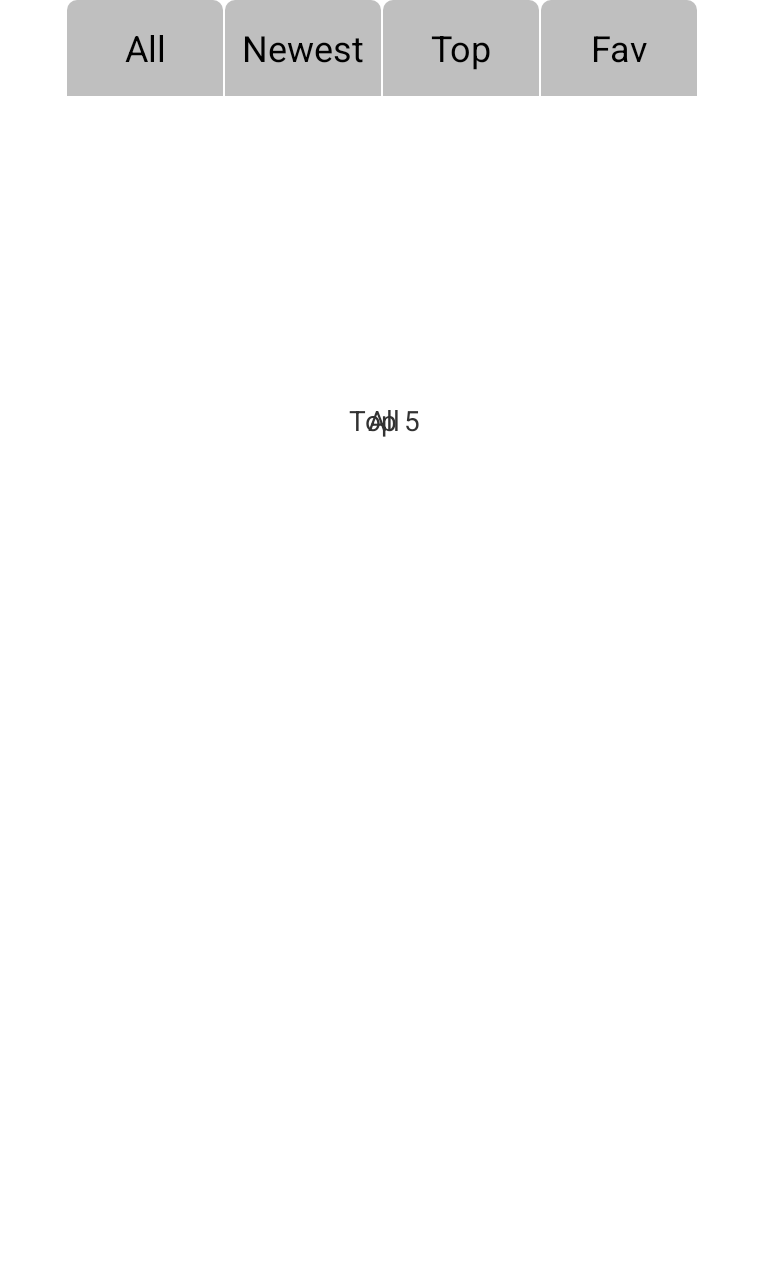
Repository: paceuniversity/gsd2014-team5
Layout: workspace/HealthyEating/res/layout/home_page.xml
The author's editor kept a copy of each file at every save. The layout is drawn from the files as they stood at one save, then again after the next save.
It is drawn on a 768 x 1280 px phone screen (xhdpi) without system bars, with theme AppTheme; the app's code is not run. Lists and similar views that code fills are empty.

Above is the layout before, as saved 2014-04-17 22:01:18.

### workspace/HealthyEating/res/layout/home_page.xml
<?xml version="1.0" encoding="utf-8"?>
<LinearLayout xmlns:android="http://schemas.android.com/apk/res/android"
    android:layout_width="match_parent"
    android:layout_height="match_parent"
    android:layout_gravity="bottom"
    android:orientation="vertical" >

    <TabHost
        android:id="@+id/tabhost"
        android:layout_width="match_parent"
        android:layout_height="fill_parent"
        android:layout_weight="0.17" >

        <LinearLayout
            android:layout_width="match_parent"
            android:layout_height="match_parent"
            android:orientation="vertical" >

            <TabWidget
                android:id="@android:id/tabs"
                android:layout_width="match_parent"
                android:layout_height="wrap_content" >
            </TabWidget>

            <FrameLayout
                android:id="@android:id/tabcontent"
                android:layout_width="match_parent"
                android:layout_height="match_parent" >


    	<!-- Home Page Layout Begines -->
                <LinearLayout
                    android:id="@+id/tab1"
                   	android:layout_width="match_parent"
                    android:layout_height="match_parent"
                    android:orientation="vertical"  >

                    <LinearLayout
                    android:id="@+id/homeHealthFacts"
                   	android:layout_width="match_parent"
                    android:layout_height="200dp"
                    android:orientation="vertical"  >

                    </LinearLayout>

                    <TextView android:id="@+id/top5Recipes"
                   	android:layout_width="match_parent"
                    android:layout_height="20dp"
                    android:text="Top 5"
                    android:gravity="center"/>

                    <ListView
       					android:id="@+id/top20"
        				android:layout_width="match_parent"
        				android:layout_height="match_parent">
    				</ListView>

                </LinearLayout>
		<!-- Home Page Layout Ends -->


                <LinearLayout
                    android:id="@+id/tab2"
                    android:layout_width="match_parent"
                    android:layout_height="match_parent"
                    android:layout_gravity="center_horizontal"
                    android:orientation="vertical" >

                   <LinearLayout
                    android:id="@+id/recipeButtonHolder"
                    android:layout_width="wrap_content"
                    android:layout_height="200dp"
                    android:layout_marginRight="1dp"
                    android:layout_gravity="center_horizontal"
                    android:orientation="horizontal" >

                    <Button
                    android:id="@+id/allRecipesB"
                    android:layout_width="78dp"
                    android:layout_height="wrap_content"
                    android:layout_marginRight="1dp"
                    android:background="@drawable/textlview_rounded_corners"
                    android:text="All"/>

                    <Button
                    android:id="@+id/newestRecipesB"
                    android:layout_width="78dp"
                    android:layout_height="wrap_content"
                    android:layout_marginRight="1dp"
                    android:background="@drawable/textlview_rounded_corners"
                    android:text="Newest"/>

                    <Button
                    android:id="@+id/topRatedRecipesB"
                    android:layout_width="78dp"
                    android:layout_height="wrap_content"
                    android:layout_marginRight="1dp"
                    android:background="@drawable/textlview_rounded_corners"
                    android:text="Top"/>

                    <Button
                    android:id="@+id/favRecipesB"
                    android:layout_width="78dp"
                    android:layout_height="wrap_content"
                    android:background="@drawable/textlview_rounded_corners"
                    android:text="Fav"/>

                       </LinearLayout>

                    <TextView android:id="@+id/recipesCatogoryTV"
                   		android:layout_width="match_parent"
                    	android:layout_height="20dp"
                    	android:text="All"
                    	android:gravity="center"/>

                    <ListView
       					android:id="@+id/allReecipesListView"
        				android:layout_width="match_parent"
        				android:layout_height="fill_parent">
    				</ListView>

                </LinearLayout>

                <!-- BEGGINING OF HEALTH FACTS LAYOUT -->
                <LinearLayout
                    android:id="@+id/tab3"
                    android:layout_width="match_parent"
                    android:layout_height="match_parent"
                    android:orientation="vertical" > <!-- THIS IS THE ORIENTATION INFORMATION THAT NEEDS TO BE ADDED TO A TABHOST LAYOUT BY THE WAY -->

                    <!--
                    *************************
                    *************************
                    *************************
                    *************************
                    *************************
                    *************************
                    *************************






                    GREG THIS IS THE LAYOUT WHERE ALL OF YOUR HEALTH FACT DESIGN SHOULD GO.
                    WHENE THE USER CLICKS ON THE HEALTH FACTS TAB THIS IS WHAT WILL BE DISPLAY.





                    *************************
                    *************************
                    *************************
                    *************************
                    *************************
                    *************************
                    *************************
                    *************************
                    *************************
                    *************************
                     -->

                </LinearLayout>
                <!-- END OF HEALTH FACTS LAYOUT -->

            </FrameLayout>
        </LinearLayout>
    </TabHost>

</LinearLayout>

### workspace/HealthyEating/res/drawable-hdpi/textlview_rounded_corners.xml
<?xml version="1.0" encoding="utf-8"?>
<shape xmlns:android="http://schemas.android.com/apk/res/android"

    android:shape="rectangle" >

    <solid android:color="#88888888" />
    <corners
        android:topLeftRadius="5dp"
        android:topRightRadius="5dp"
         />

</shape>

Loaded but not shown: workspace/HealthyEating/res/values/styles.xml (common file); workspace/HealthyEating/res/values-v11/styles.xml (common file); workspace/HealthyEating/res/values-v14/styles.xml (common file)

After the next save:
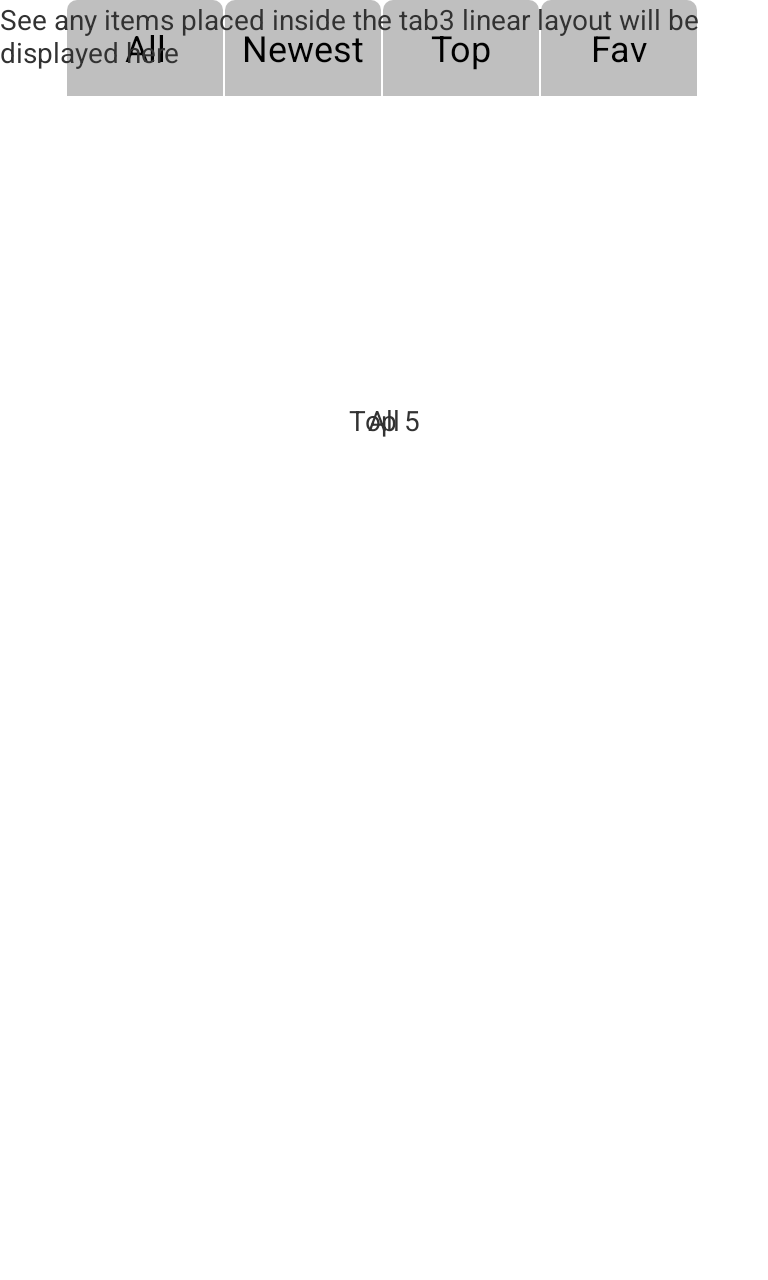
Saved 11 min 30 s later.
--- a/workspace/HealthyEating/res/layout/home_page.xml
+++ b/workspace/HealthyEating/res/layout/home_page.xml
@@ -128,6 +128,16 @@
                     android:layout_height="match_parent"
                     android:orientation="vertical" > <!-- THIS IS THE ORIENTATION INFORMATION THAT NEEDS TO BE ADDED TO A TABHOST LAYOUT BY THE WAY -->
 
+
+                    <!-- This test view is  -->
+                    <TextView
+                    android:id="@+id/demoView"
+                    android:layout_width="match_parent"
+                    android:layout_height="match_parent"
+                    android:text="See any items placed inside the tab3 linear layout will be displayed here"/>
+
+
+
                     <!--
                     *************************
                     *************************
